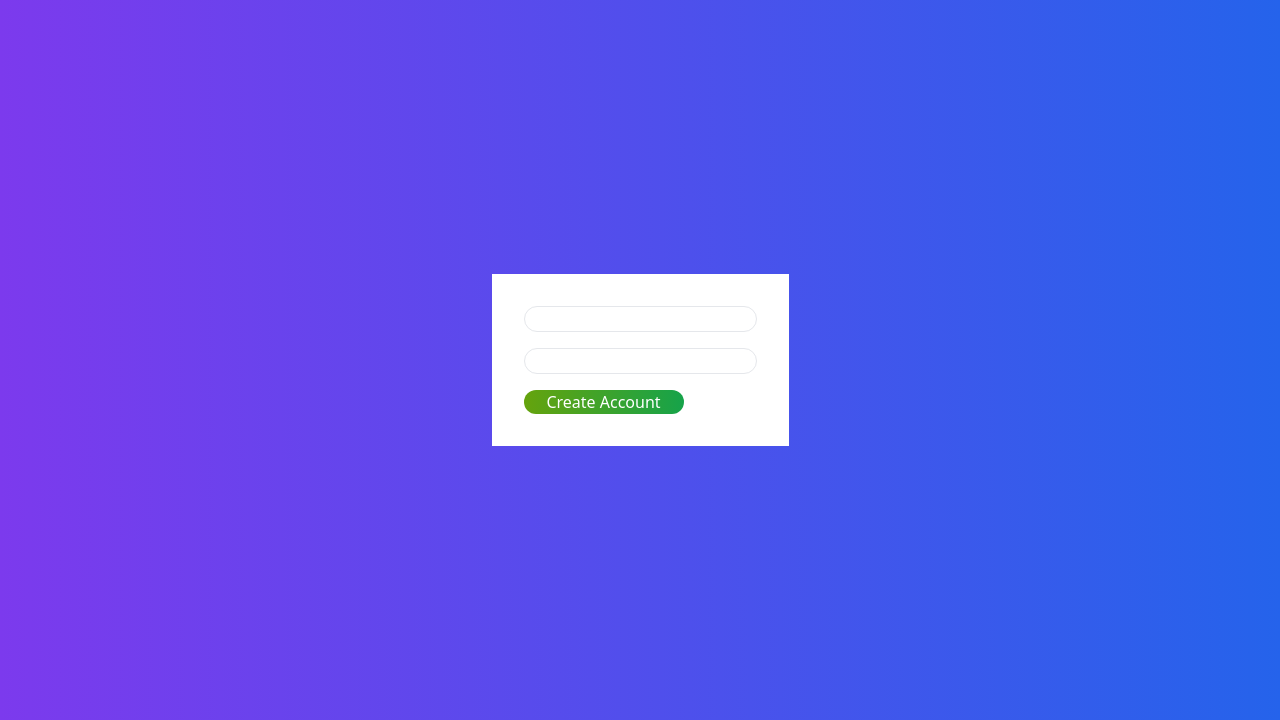
Repository: Velkan33/ReactTypescript
Page: /
The author's editor kept a copy of each file at every save. The page is drawn from the files as they stood at one save, then again after the next save.
The browser window is 1280 px wide. The pictures show the whole page.
The project was rebuilt for these pictures with package versions that can differ from the ones it lists, and the page was loaded fresh each time. Also part of the build but not shown: vite.config.ts.

Above is the page before, as saved 2023-04-05 05:50:37.

After the next save:
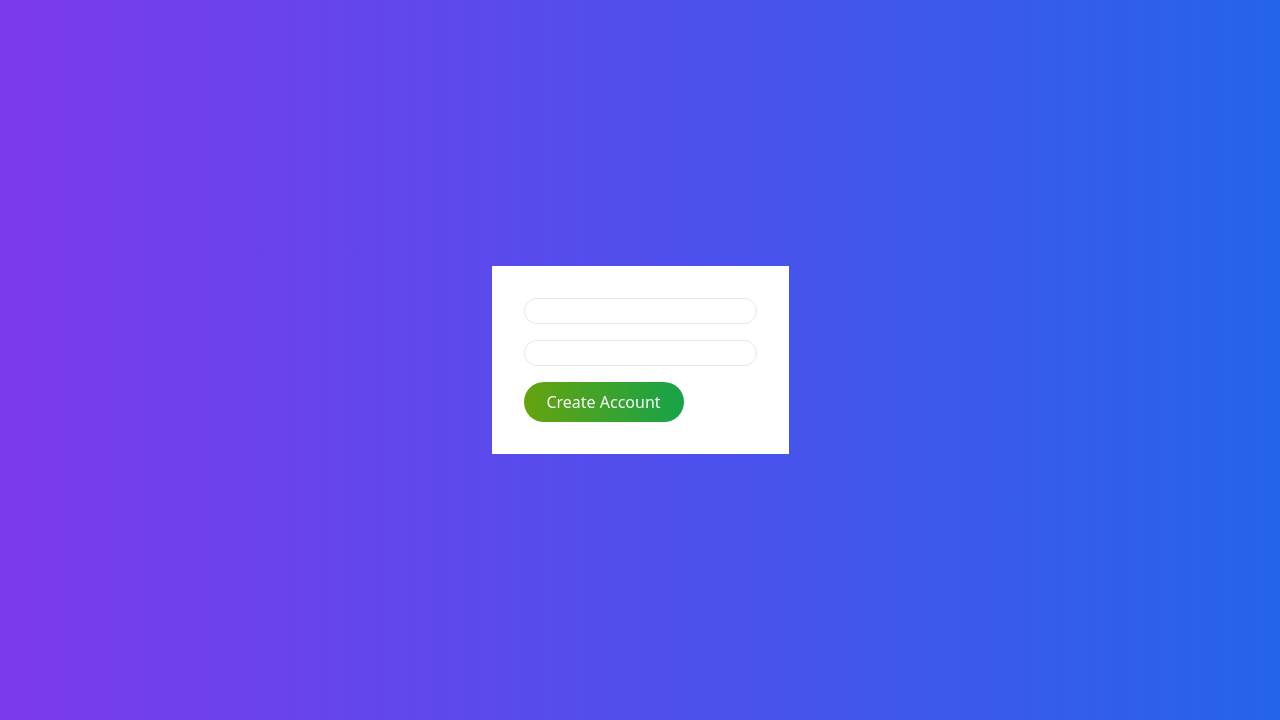
Saved 12 s later.
--- a/src/999_Diario_React/DummyJSONLoggin/LoginCard.tsx
+++ b/src/999_Diario_React/DummyJSONLoggin/LoginCard.tsx
@@ -9,7 +9,7 @@ export default function LoginCard() {
     <input
      type="submit"
      value="Create Account"
-     className="bg-gradient-to-r from-lime-600 to-green-600 text-white w-[10rem]  rounded-full "
+     className="bg-gradient-to-r from-lime-600 to-green-600 text-white w-[10rem] h-10 rounded-full "
     />
    </form>
   </div>
